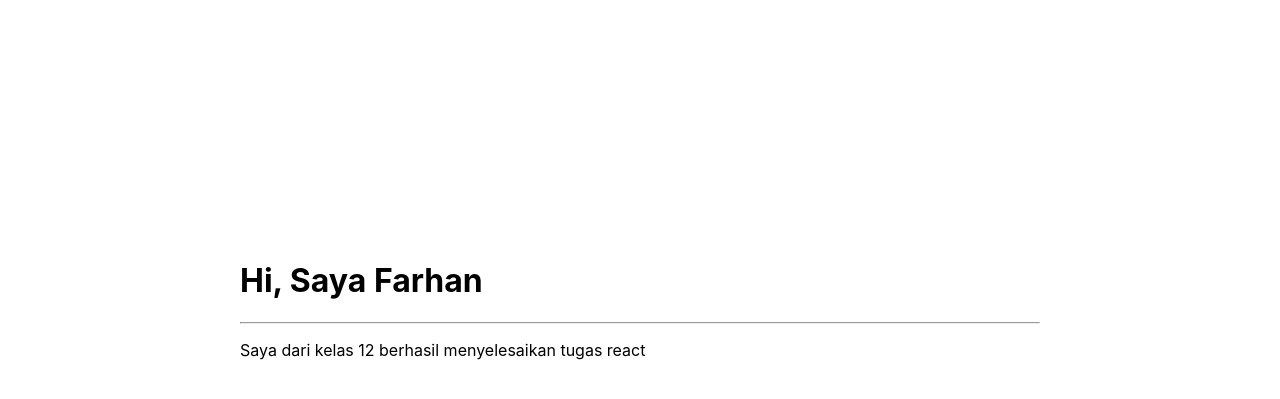
Repository: mfarhannr/Tugas-Reactjs_Farhan
Page: /
An editor plug-in stored every save of this project. The page is shown before and after the next save, followed by the edit.
The browser window is 1280 px wide. The pictures show the whole page.
The project was rebuilt for these pictures with package versions that can differ from the ones it lists, and the page was loaded fresh each time.

Above is the page before, as saved 2024-05-03 15:04:40.

After the next save:
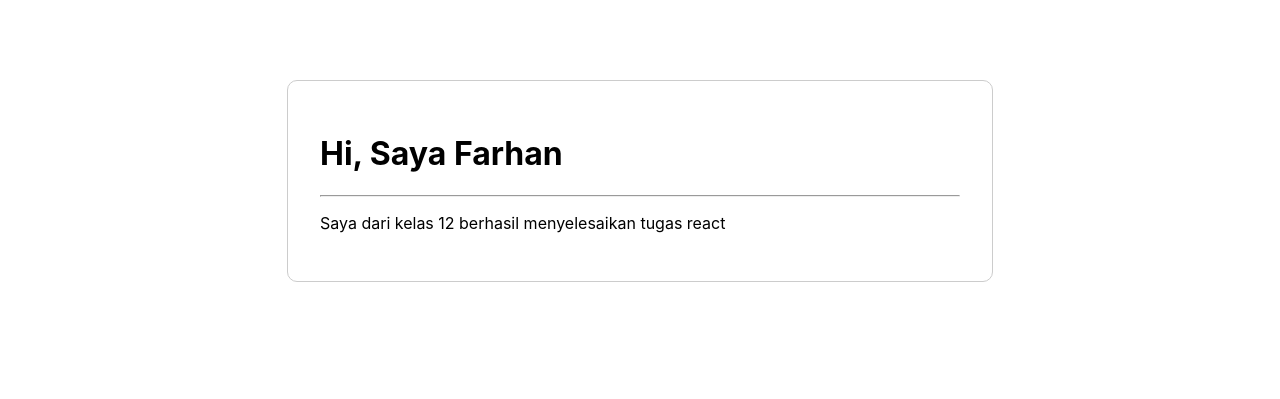
Saved 58 s later.
--- a/src/App.css
+++ b/src/App.css
@@ -1,7 +1,10 @@
 .App {
   padding: 15rem;
-  border: 1px;
-  border-radius: 5px;
+   border: 1px solid #ccc;
+  border-radius: 10px;
+  padding: 2em;
+  margin: 5em auto;
+  width: 50%;
 }
 
 .App-logo {
